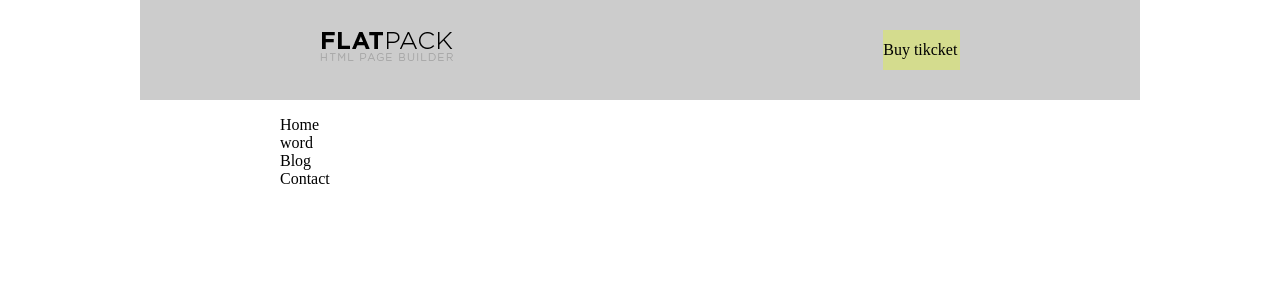
Repository: duyancol/project-ltw-nhom13
Page: page b/index.html
The author's editor kept a copy of each file at every save. The page is drawn from the files as they stood at one save, then again after the next save.
The browser window is 1280 px wide. The pictures show the whole page.
Some web fonts or font styles are not loaded; a fallback is used.

Above is the page before, as saved 2021-10-18 08:52:01.

After the next save:
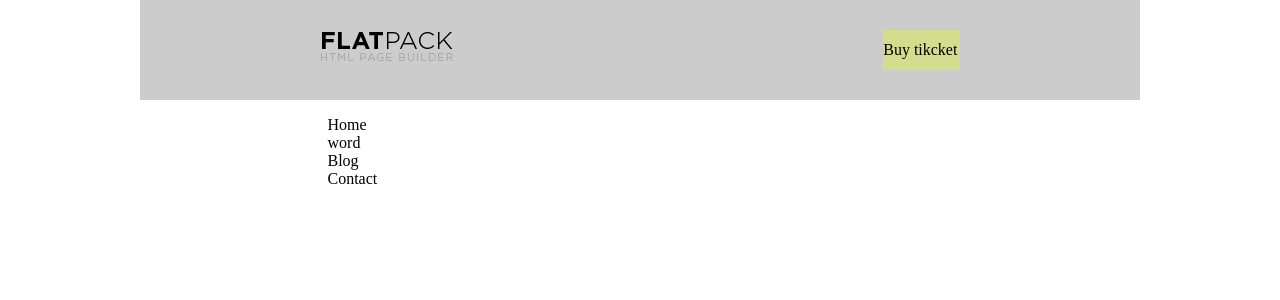
Saved 38 s later.
--- a/page b/style.css
+++ b/page b/style.css
@@ -49,8 +49,9 @@
 
   }
   .navigation{
+
     height: 40px;
     background-color: white;
-    width: 800px;
-    margin: auto;
+    width: 705px;
+    margin: auto
   }
